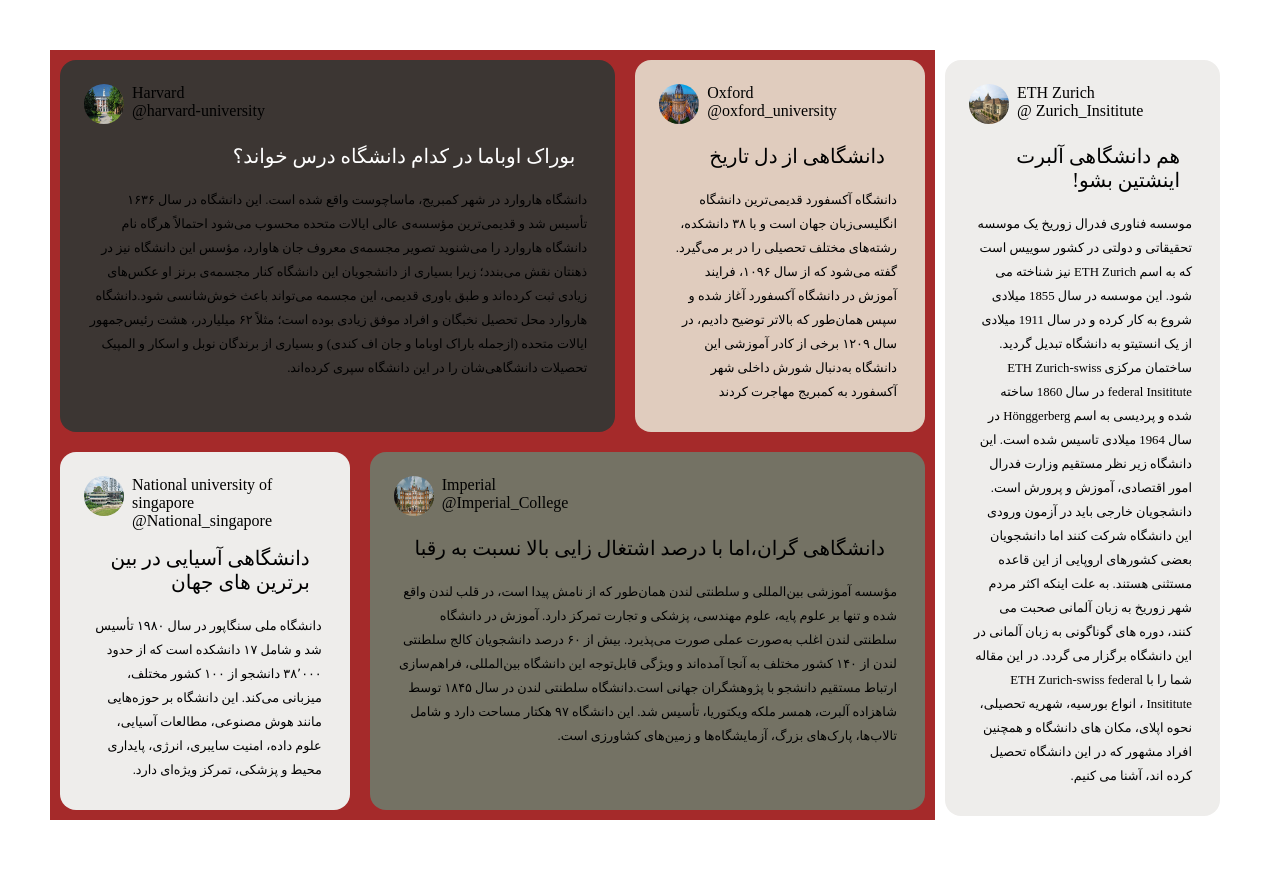
Repository: rahanwz/cards
Page: cards.html
The author's editor kept a copy of each file at every save. The page is drawn from the files as they stood at one save, then again after the next save.
The browser window is 1280 px wide. The pictures show the whole page.

Above is the page before, as saved 2024-02-17 15:17:05.

After the next save:
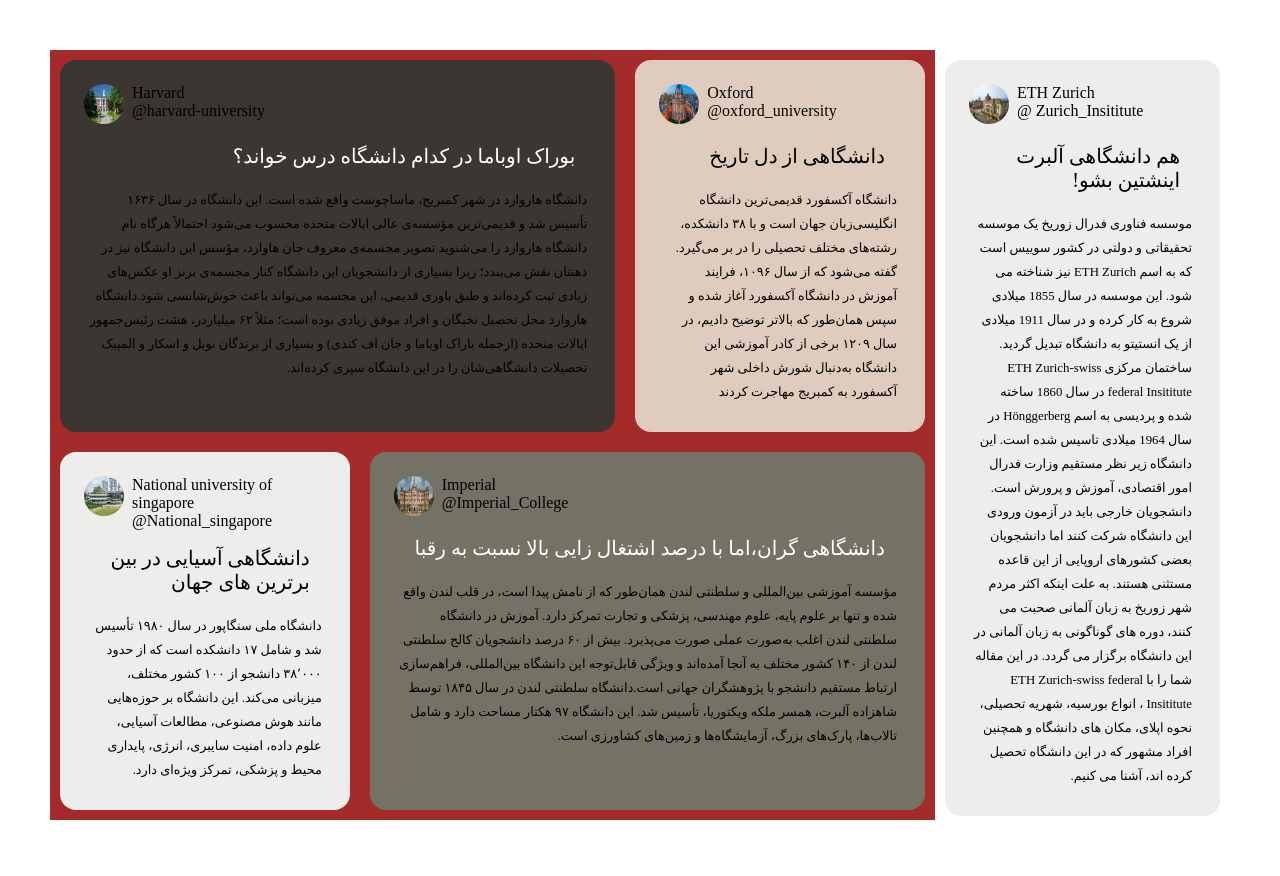
Saved 7 s later.
--- a/cards.html
+++ b/cards.html
@@ -110,7 +110,7 @@
                 <div class="id">@Imperial_College</div>
               </div>
             </div>
-            <div class="descrip1" style="style="color: #ffffff;"" color: #ffffff ;>
+            <div class="descrip1" style="color: #ffffff;"" color: #ffffff ;>
               دانشگاهی گران،اما با درصد اشتغال زایی بالا نسبت به رقبا
             </div>
             <div class="descrip2">
